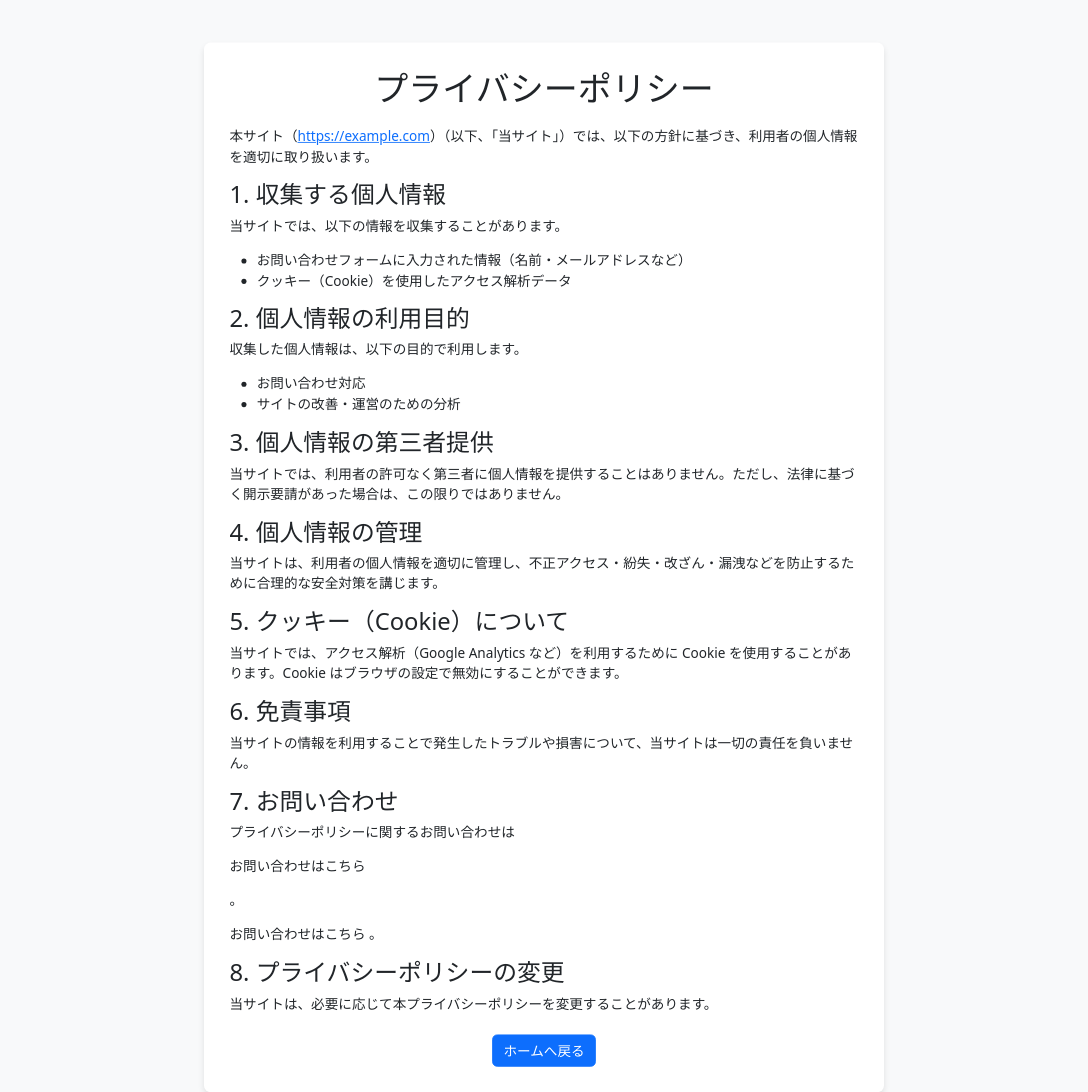
Repository: masa1228ew/original
Page: http://localhost/auth/privacy
An editor plug-in stored every save of this project. The page is shown before and after the next save, followed by the edit.
The browser window is 1280 px wide. The pictures show the whole page, at 85% of full size.
The page is this project's Thymeleaf template; nobody is signed in. The template is opened directly, without the code that normally fills it, so the values that code supplies are empty.

Above is the page before, as saved 2025-02-16 13:48:08.

After the next save:
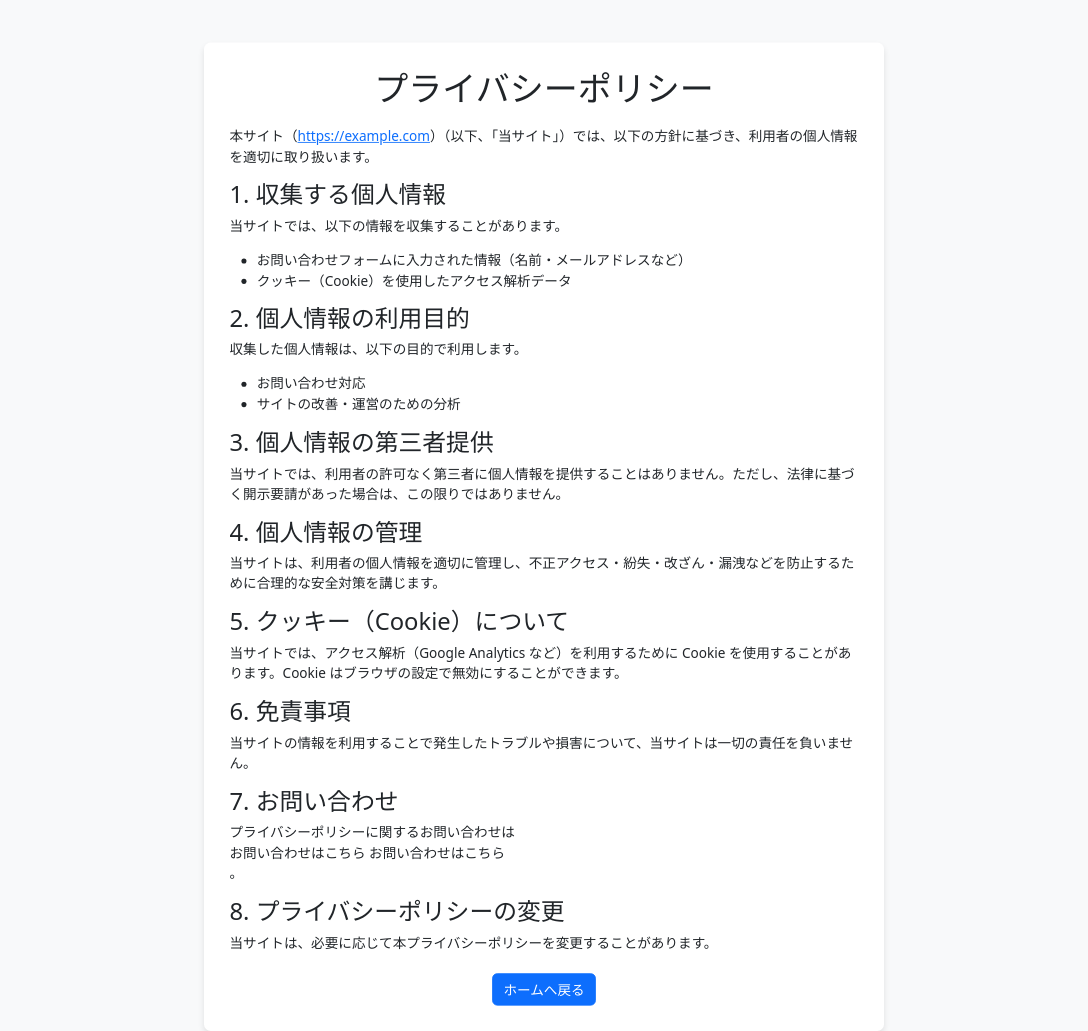
Saved 15 s later.
--- a/original/original/src/main/resources/templates/auth/privacy.html
+++ b/original/original/src/main/resources/templates/auth/privacy.html
@@ -56,7 +56,7 @@
         <p>当サイトの情報を利用することで発生したトラブルや損害について、当サイトは一切の責任を負いません。</p>
 
         <h3>7. お問い合わせ</h3>
-        <p>プライバシーポリシーに関するお問い合わせは<p class="nav-link" th:href="@{/inquiry}">お問い合わせはこちら</p>。</p>
+        <p>プライバシーポリシーに関するお問い合わせは<a class="nav-link" th:href="@{/inquiry}">お問い合わせはこちら
 					お問い合わせはこちら
 				</a>。</p>
 
